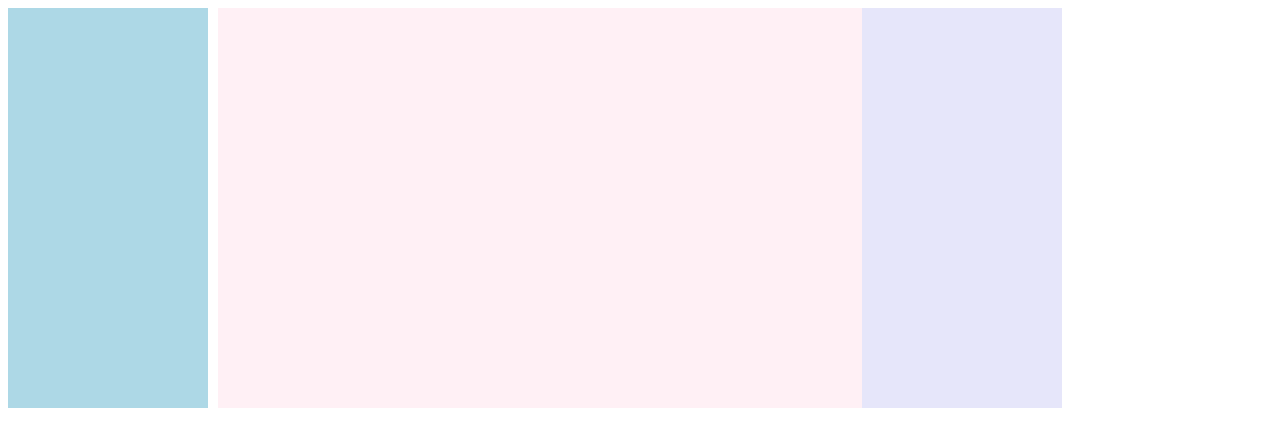
Repository: xzm1997/huntjob
Page: 面试/常见问题/practice/practice_2.html
These files come from the project's save history. The page is drawn as it stood at one moment and after a run of saves; the edit follows.
The browser window is 1280 px wide. The pictures show the whole page.

Above is the page before, as saved 2022-06-14 09:13:21.

### 面试/常见问题/practice/practice_2.html
<!DOCTYPE html>
<html lang="en">
<head>
    <meta charset="UTF-8">
    <meta http-equiv="X-UA-Compatible" content="IE=edge">
    <meta name="viewport" content="width=device-width, initial-scale=1.0">
    <title>圣杯</title>
    <style>
        .content {
            margin-left: 210px;
            margin-right: 210px;
        }
        .middle {
            float:left;
            width:100%;
            height:400px;
            background:lavenderblush;
        }
        .left {
            width: 200px;
            height:400px;
            background:lightblue;
            margin-left: -100%;
            position:relative;
            left:-210px;
            float:left;
        }
        .right {
            float: left;
            width: 200px;
            height:400px;
            background: lavender;
            margin-left: -200px;
        }
    </style>
</head>
<body>
    <div class="content">
        <div class="middle"></div>
        <div class="left"></div>
        <div class="right"></div>
    </div>
</body>
</html>

After the next 2 saves:
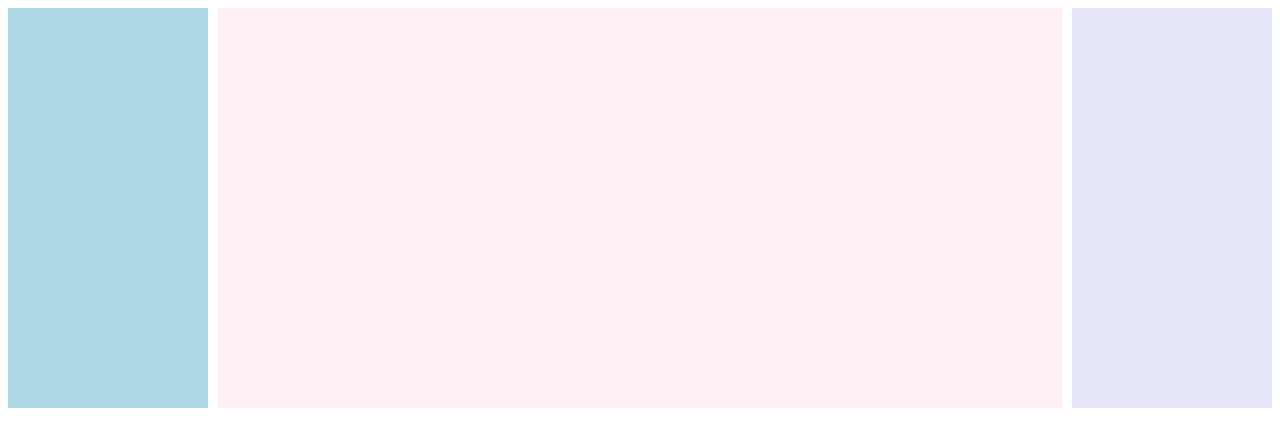
The 2 saves are shown as one change because they came seconds apart.
The last was saved 21 s later.
--- a/面试/常见问题/practice/practice_2.html
+++ b/面试/常见问题/practice/practice_2.html
@@ -31,6 +31,8 @@
             height:400px;
             background: lavender;
             margin-left: -200px;
+            position: relative;
+            right: -210px;
         }
     </style>
 </head>
